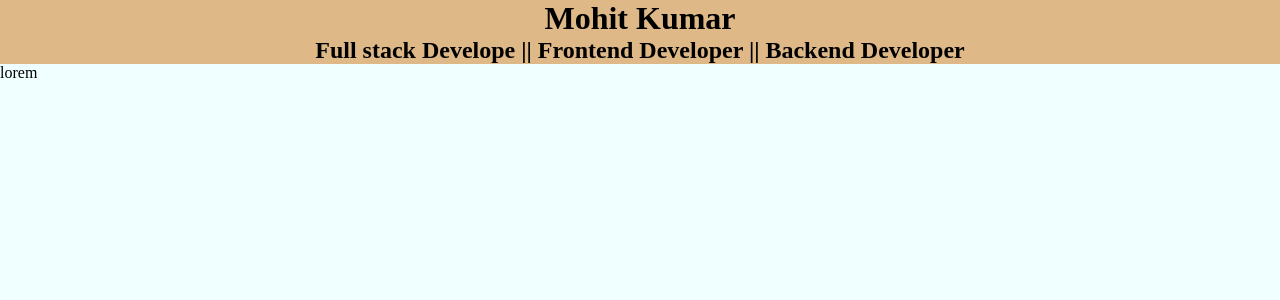
Repository: Mohitkumar1322/FrontendPracticee
Page: Javascript/index.html
The author's editor kept a copy of each file at every save. The page is drawn from the files as they stood at one save, then again after the next save.
The browser window is 1280 px wide. The pictures show the whole page.

Above is the page before, as saved 2025-07-10 10:19:44.

### Javascript/index.html
<!DOCTYPE html>
<html lang="en">
<head>
    <meta charset="UTF-8">
    <meta name="viewport" content="width=device-width, initial-scale=1.0">
    <title>Document</title>
    <link rel="stylesheet" href="style.css">
</head>
<body>
    <h1 class="heading">Mohit Kumar </h1>

    <h2 class="heading"> Full stack Develope  || Frontend Developer || Backend Developer</h2>
    <!-- <p id ="demo">Lorem ipsum, dolor sit amet consectetur adipisicing elit. Tempore, temporibus.</p> -->
    <p class="para">lorem</p>
    <script src="script.js"></script>
</body>
</html>

### Javascript/style.css
*{
    margin:0;
    padding:0;
}
.heading{
    text-align: center;
    background-color: burlywood;
}

body{
    background-color: azure;
}

### Javascript/script.js
let p =document.getElementById("demo");
console.dir(p);


let chanege=document.getElementById("demo");


// let classChange=document.getElementsByClassName("heading");
// console.log(classChange[1].innerText);

let tagsManipulation=document.getElementsByTagName("h2");
console.log(tagsManipulation.length);

After the next save:
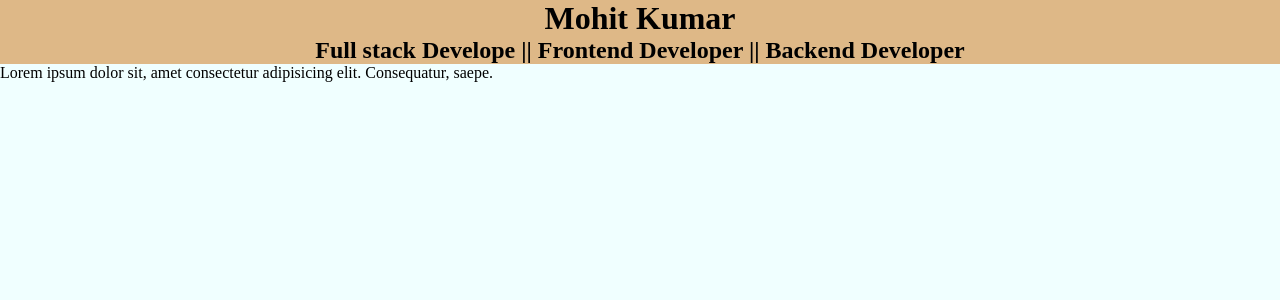
Saved 5 s later.
--- a/Javascript/index.html
+++ b/Javascript/index.html
@@ -11,7 +11,7 @@
 
     <h2 class="heading"> Full stack Develope  || Frontend Developer || Backend Developer</h2>
     <!-- <p id ="demo">Lorem ipsum, dolor sit amet consectetur adipisicing elit. Tempore, temporibus.</p> -->
-    <p class="para">lorem</p>
+    <p class="para">Lorem ipsum dolor sit, amet consectetur adipisicing elit. Consequatur, saepe.</p>
     <script src="script.js"></script>
 </body>
 </html>
